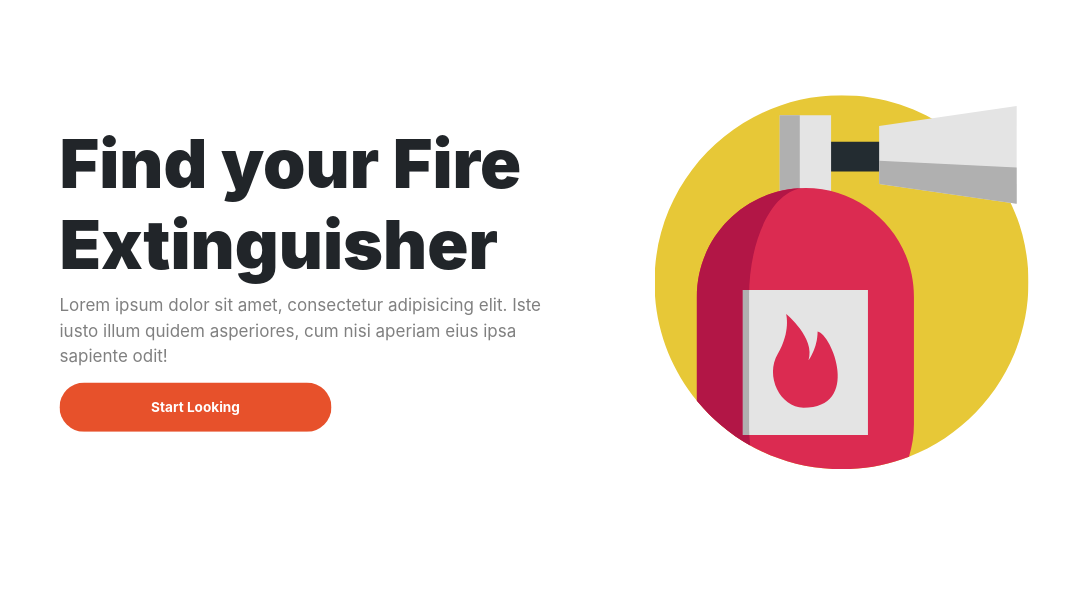
Repository: tomas938/Nuxt-crash-app
Page: /
An editor plug-in stored every save of this project. The page is shown before and after the next save, followed by the edit.
The browser window is 1280 px wide. The pictures show the whole page, at 85% of full size.
The project was rebuilt for these pictures with package versions that can differ from the ones it lists, and the page was loaded fresh each time. The framework's server and built-in components were replaced by stand-ins that run in the browser. Also part of the build but not shown: nuxt.config.js.

Above is the page before, as saved 2021-08-29 12:00:45.

### components/Hero.vue
<template>
  <div class="Hero container">
    <div class="text-container">
      <h1 class="header">Find your Fire Extinguisher</h1>
      <p class="snippet">
        Lorem ipsum dolor sit amet, consectetur adipisicing elit. Iste iusto
        illum quidem asperiores, cum nisi aperiam eius ipsa sapiente odit!
      </p>
      <button class="button btn">Start Looking</button>
    </div>
    <img src="../assets/fire-extinguisher.svg" alt="" class="image" />
  </div>
</template>

<script>
export default {}
</script>

<style scoped>
.Hero {
  height: 50vh;
  position: relative;
  display: flex;
  padding: 5rem 0;
  align-items: flex-start;
  justify-content: space-between;
}
.text-container {
  width: 50%;
  margin-top: 4rem;
}
.header {
  font-weight: 900;
  font-size: 5rem;
}
.snippet {
  color: grey;
  font-size: 1.25rem;
}
.image {
  width: 27.5rem;
  margin-top: 2rem;
}
.overlay {
  background: rgba(0, 0, 0, 0);
  position: absolute;
  width: 100%;
  height: 100%;
  top: 0;
}
.button {
  padding: 1rem 4rem;
  border-radius: 100rem;
  background-color: rgb(231, 81, 43);
  color: white;
  width: 20rem;
  font-weight: 700;
  transition: 0.5s;
}
.button:hover {
  width: 21.5rem;
}
@media (max-width: 500px) {
  .Hero {
    height: 40vh;
  }
}
</style>

### pages/index.vue
<template>
  <Hero></Hero>
</template>

<script>
export default {}
</script>

After the next save:
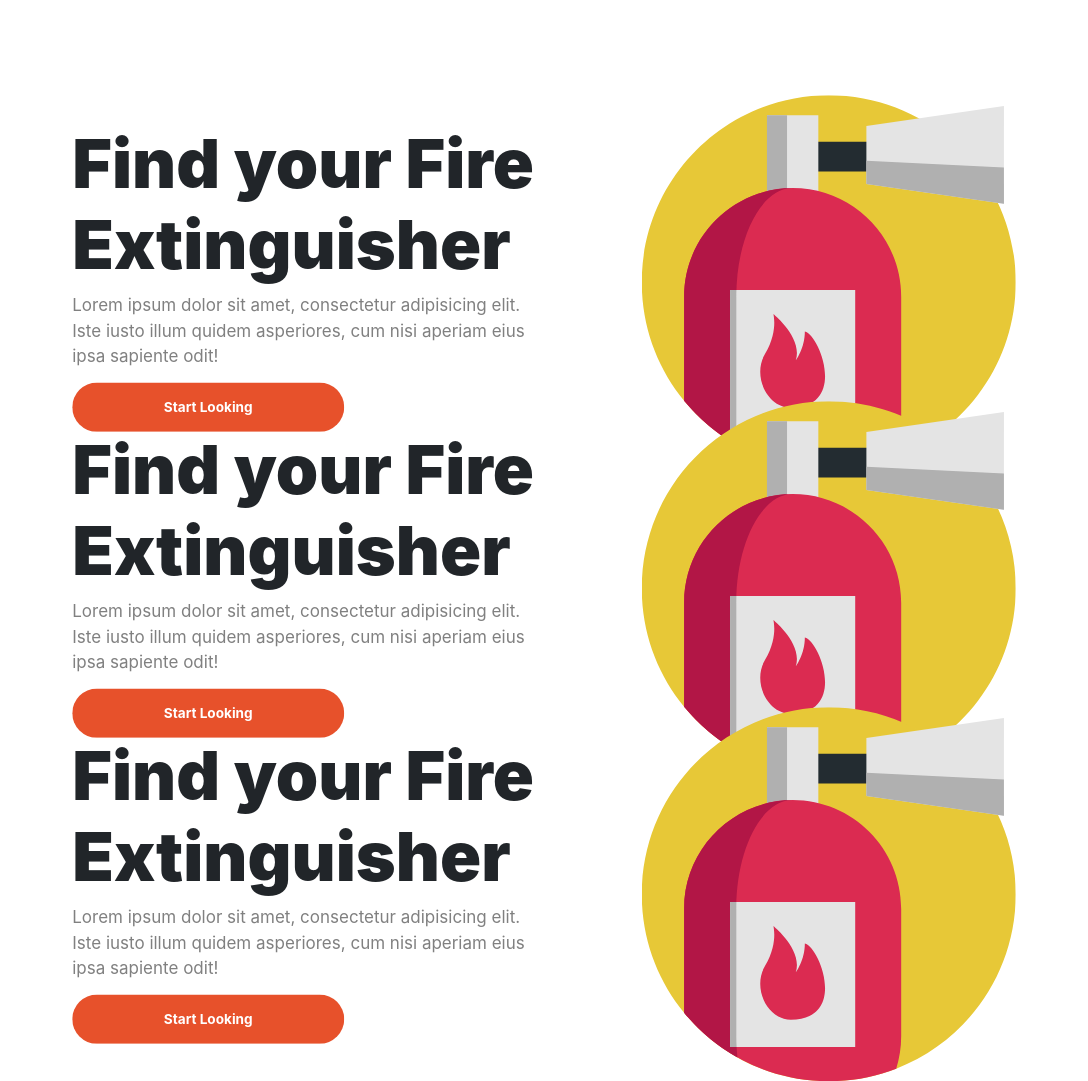
Saved 30 s later.
--- a/pages/index.vue
+++ b/pages/index.vue
@@ -1,5 +1,9 @@
 <template>
-  <Hero></Hero>
+  <div class="container">
+    <Hero></Hero>
+    <Hero></Hero>
+    <Hero></Hero>
+  </div>
 </template>
 
 <script>
